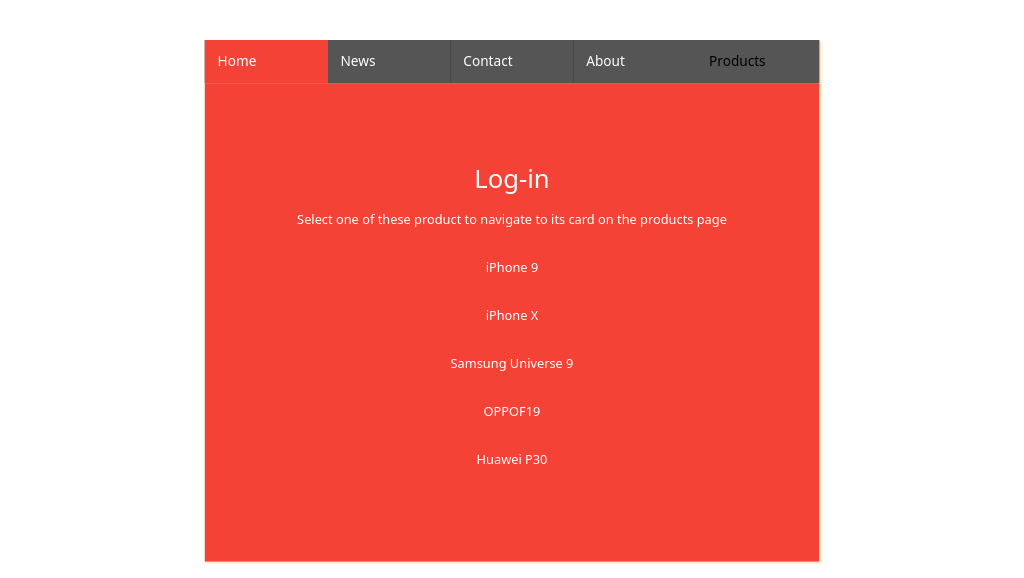
Repository: JasonMorta/basicPlus-rouets
Page: /
The author's editor kept a copy of each file at every save. The page is drawn from the files as they stood at one save, then again after the next save.
The browser window is 1280 px wide. The pictures show the whole page, at 80% of full size.
Some web fonts or font styles are not loaded; a fallback is used. The project was rebuilt for these pictures with package versions that can differ from the ones it lists, and the page was loaded fresh each time. Also part of the build but not shown: src/pages/news.css, src/pages/News.jsx, src/pages/About.jsx, src/pages/Hooks/UseRefHook.jsx, src/pages/Contact.jsx, src/pages/List.jsx, src/pages/ProductPreview.jsx, src/pages/Products.jsx.

Above is the page before, as saved 2023-04-01 19:27:54.

### src/index.js
import React from 'react';
import ReactDOM from 'react-dom/client';
import './index.css';
import 'bootstrap/dist/css/bootstrap.min.css';
import App from './App';

// import { BrowserRouter } from 'react-router-dom'
import reportWebVitals from './reportWebVitals';

const root = ReactDOM.createRoot(document.getElementById('root'));
root.render(

  <React.StrictMode>
    <App />
  </React.StrictMode>

);

// If you want to start measuring performance in your app, pass a function
// to log results (for example: reportWebVitals(console.log))
// or send to an analytics endpoint. Learn more: https://bit.ly/CRA-vitals
reportWebVitals();

### src/App.jsx

import './App.css';
import { BrowserRouter, Routes, Route } from 'react-router-dom';
import React, { Component, createContext, useState } from 'react'
import Nav from './components/Nav';
import Home from './pages/Home';
import News from './pages/News';
import About from './pages/About';
import Contact from './pages/Contact';
import List from './pages/List';
import Products from './pages/Products';
import ProductPreview from './pages/ProductPreview';

//create context hook
//This hook allow any nested children to share and alter data with the use of props.
export const StateContext = createContext()

export default function App() {

  const [state, setState] = useState("#f44336");

  return (
    <BrowserRouter>
      <StateContext.Provider value={[state, setState]} className="App">
        <div className="routes">
          <Nav />
          <Routes>
            <Route index path="/" element={<Home />} />
            <Route path="/List" element={<List />} />
            <Route path="/Contact" element={<Contact />} />
            <Route path="/About" element={<About />} />
            <Route path="/products" element={<Products />}>
            <Route path=":id" element={<ProductPreview />}/>
            </Route>
            <Route path="/news" element={<News />} />
          </Routes>
        </div>
        <div className="orig-link"></div>
      </StateContext.Provider>
    </BrowserRouter>
  );
}

### src/App.css
@import url('https://fonts.googleapis.com/css2?family=Assistant:wght@400;500&family=Barlow:wght@400;500&family=DM+Mono:wght@300;400;500&family=Handlee&family=IBM+Plex+Mono:wght@400;500&family=Inconsolata:wght@400;500&family=Kanit:wght@200;300;400;500&family=Karla:wght@300;400;500&family=Patrick+Hand&family=Raleway:wght@300;400;500&family=Red+Hat+Mono:wght@300;400;500&family=Roboto+Condensed:wght@300;400;700&family=Roboto+Mono:wght@300;400;500&family=Roboto+Slab:wght@300;400;500&family=Roboto:wght@300;400&family=Source+Code+Pro:wght@300;400;500&family=Space+Mono:wght@400;700&family=Titillium+Web:wght@200;300;400;600&family=Ubuntu+Mono:wght@400;700&family=Varela&family=Varela+Round&display=swap');

/*
Custom Fonts
========
font-family: 'Assistant', sans-serif;
font-family: 'Barlow', sans-serif;
font-family: 'DM Mono', monospace;
font-family: 'Handlee', cursive;
font-family: 'IBM Plex Mono', monospace;
font-family: 'Inconsolata', monospace;
font-family: 'Kanit', sans-serif;
font-family: 'Karla', sans-serif;
font-family: 'Patrick Hand', cursive;
font-family: 'Raleway', sans-serif;
font-family: 'Red Hat Mono', monospace;
font-family: 'Roboto', sans-serif;
font-family: 'Roboto Condensed', sans-serif;
font-family: 'Roboto Mono', monospace;
font-family: 'Roboto Slab', serif;
font-family: 'Source Code Pro', monospace;
font-family: 'Space Mono', monospace;
font-family: 'Titillium Web', sans-serif;
font-family: 'Ubuntu Mono', monospace;
font-family: 'Varela', sans-serif;
font-family: 'Varela Round', sans-serif;

*/

.App {
  text-align: center;
  background-color: #282c34;
  min-height: 100vh;
  display: flex;
  flex-direction: column;
  flex-wrap: nowrap;
  align-items: center;
  font-family: 'Roboto Condensed', sans-serif;

}

.orig-link a {
  text-decoration: none;
  color: #ff9800;
}
.orig-link {
  margin: 1.25rem;
}


.App-header {
  background-color: #282c34;
  min-width: 18.75rem;
  display: flex;

  flex-direction: row;
  justify-content: center;
  font-size: calc(0.625rem + 2vmin);
  color: white;
  align-items: flex-start;
  width: 100%;
}


/* Style tab links */
.tablink {
  background-color: #555;
  color: #ffc107;
  float: left;
  border: none;
  outline: none;
  cursor: pointer;
  padding: 0.875rem 1rem;
  font-size: 1.0625rem;
  width: 25%;
  text-decoration: none;
}

.tablink:hover {
  background-color: #777;
}

/* Style the tab content (and add height:100% for full page content) */
.tabcontent {
  color: white;
  padding: 6.25rem 0rem;
  width: 100%;
  height: 100%;
  min-width: 18.75rem;

}

.inner-content {
  padding: 0rem 3.125rem;
  display: flex;
  flex-direction: column;
  align-items: center;
  gap: 20px;
}

.inner-content h3{
  font-size: xx-large;
  margin: 0;
}

.routes{
  display: flex;
  flex-direction: column;
  align-items: center;
  width: 60vw;
  margin: auto;
  background-color: azure;
  margin-top: 3.125rem;
  box-shadow: 0.125rem 0.125rem 0.1875rem 0rem #ff980066;
}

### src/components/Nav.jsx
import React from "react";
import { Link, useLocation } from "react-router-dom";

export default function Nav() {
  const location = useLocation();



   //set the default state color to red which is equal to home page color.
  const [state, setState] = React.useState({
    home: "#f44336",
    news: "#4caf50",
    contact: "#2196f3",
    about: "#ff5722",
    active: "",
    location : window.location.pathname
  });
  const [color, setColor] = React.useState("white")


   function handleNavToNews(params) {

    setState(prev => ({...prev, active:"#4caf50", location: "/News" }))
    location.pathname = "/News"
    console.log('currentPath = Path"', location.pathname)



  }

 // Set the tab color to even when a nested link pathname is entered
  return (
    <header className="App-header">
      {/* Home will be the default/home page */}
      <Link
        to="/"
        className="tablink"
        onClick={() => setState(prev => ({...prev, active:"#f44336", location: "/" }))}
        style={{
          backgroundColor: state.location === "/" ? "#f44336" : "",
          color: state.home === "#f44336" ? color: "#ffc107"}}>
        Home
      </Link>

      <Link
        to="/News"
        className="tablink"
        onClick={handleNavToNews}
        style={{
          backgroundColor: state.location === "/News" ? "#4caf50" : "",
          color: state.news === "#4caf50" ? color: "#ffc107" }}>
        News
      </Link>

      <Link
        to="/Contact"
        className="tablink"
        onClick={() => setState(prev => ({...prev, active:"#2196f3", location: "/Contact" }))}
        style={{
          backgroundColor: state.location === "/Contact" ? "#2196f3" : "",
          color: state.contact === "#2196f3" ? color: "#ffc107" }}>
        Contact
      </Link>

      <Link
        to="/About"
        className="tablink"
        onClick={() => setState(prev => ({...prev, active:"#ff5722", location: "/About" }))}
        style={{
          backgroundColor: state.location === "/About" ? "#ff5722": "",
          color: state.about === "#ff5722" ? color: "#ffc107" }}>
        About
      </Link>

      <Link
        to="/products"
        className="tablink"
        onClick={() => setState(prev => ({...prev, active:"#FFE082", location: "/products" }))}
        style={{
          backgroundColor: state.location === "/products" ? "#FFE082": "",
          color: state.about === "#FFE082" ? color: "black" }}>
        Products
      </Link>
    </header>
  );
}

### src/pages/Home.jsx
import React from "react";
import { useNavigate } from "react-router-dom";
import {products} from "../AllProducts"

export default function Home() {
const nav = useNavigate()


  return (
    <div style={{ backgroundColor: "#f44336" }}  className="tabcontent">
      <div className="inner-content">
         <h3>Log-in</h3>
         <p>Select one of these product to navigate to its card on the products page</p>
         {products.map((item, i)=>(
          <p onClick={()=> nav(`/products`, {state: {item: item}})} key={i}>{item.title}</p>
         ))}
      </div>
    </div>
  );
}

### src/AllProducts.js
export const products = [
    {
        "id": 1,
        "title": "iPhone 9",
        "description": "An apple mobile which is nothing like apple",
        "price": 549,
        "discountPercentage": 12.96,
        "rating": 4.69,
        "stock": 94,
        "brand": "Apple",
        "category": "smartphones",
        "thumbnail": "https://i.dummyjson.com/data/products/1/thumbnail.jpg",
        "images": [
            "https://i.dummyjson.com/data/products/1/1.jpg",
            "https://i.dummyjson.com/data/products/1/2.jpg",
            "https://i.dummyjson.com/data/products/1/3.jpg",
            "https://i.dummyjson.com/data/products/1/4.jpg",
            "https://i.dummyjson.com/data/products/1/thumbnail.jpg"
        ]
    },
    {
        "id": 2,
        "title": "iPhone X",
        "description": "SIM-Free, Model A19211 6.5-inch Super Retina HD display with OLED technology A12 Bionic chip with ...",
        "price": 899,
        "discountPercentage": 17.94,
        "rating": 4.44,
        "stock": 34,
        "brand": "Apple",
        "category": "smartphones",
        "thumbnail": "https://i.dummyjson.com/data/products/2/thumbnail.jpg",
        "images": [
            "https://i.dummyjson.com/data/products/2/1.jpg",
            "https://i.dummyjson.com/data/products/2/2.jpg",
            "https://i.dummyjson.com/data/products/2/3.jpg",
            "https://i.dummyjson.com/data/products/2/thumbnail.jpg"
        ]
    },
    {
        "id": 3,
        "title": "Samsung Universe 9",
        "description": "Samsung's new variant which goes beyond Galaxy to the Universe",
        "price": 1249,
        "discountPercentage": 15.46,
        "rating": 4.09,
        "stock": 36,
        "brand": "Samsung",
        "category": "smartphones",
        "thumbnail": "https://i.dummyjson.com/data/products/3/thumbnail.jpg",
        "images": [
            "https://i.dummyjson.com/data/products/3/1.jpg"
        ]
    },
    {
        "id": 4,
        "title": "OPPOF19",
        "description": "OPPO F19 is officially announced on April 2021.",
        "price": 280,
        "discountPercentage": 17.91,
        "rating": 4.3,
        "stock": 123,
        "brand": "OPPO",
        "category": "smartphones",
        "thumbnail": "https://i.dummyjson.com/data/products/4/thumbnail.jpg",
        "images": [
            "https://i.dummyjson.com/data/products/4/1.jpg",
            "https://i.dummyjson.com/data/products/4/2.jpg",
            "https://i.dummyjson.com/data/products/4/3.jpg",
            "https://i.dummyjson.com/data/products/4/4.jpg",
            "https://i.dummyjson.com/data/products/4/thumbnail.jpg"
        ]
    },
    {
        "id": 5,
        "title": "Huawei P30",
        "description": "Huawei’s re-badged P30 Pro New Edition was officially unveiled yesterday in Germany and now the device has made its way to the UK.",
        "price": 499,
        "discountPercentage": 10.58,
        "rating": 4.09,
        "stock": 32,
        "brand": "Huawei",
        "category": "smartphones",
        "thumbnail": "https://i.dummyjson.com/data/products/5/thumbnail.jpg",
        "images": [
            "https://i.dummyjson.com/data/products/5/1.jpg",
            "https://i.dummyjson.com/data/products/5/2.jpg",
            "https://i.dummyjson.com/data/products/5/3.jpg"
        ]
    }
  ]

Loaded but not shown: public/index.html (common file); src/index.css (common file); src/reportWebVitals.js (common file)

After the next save:
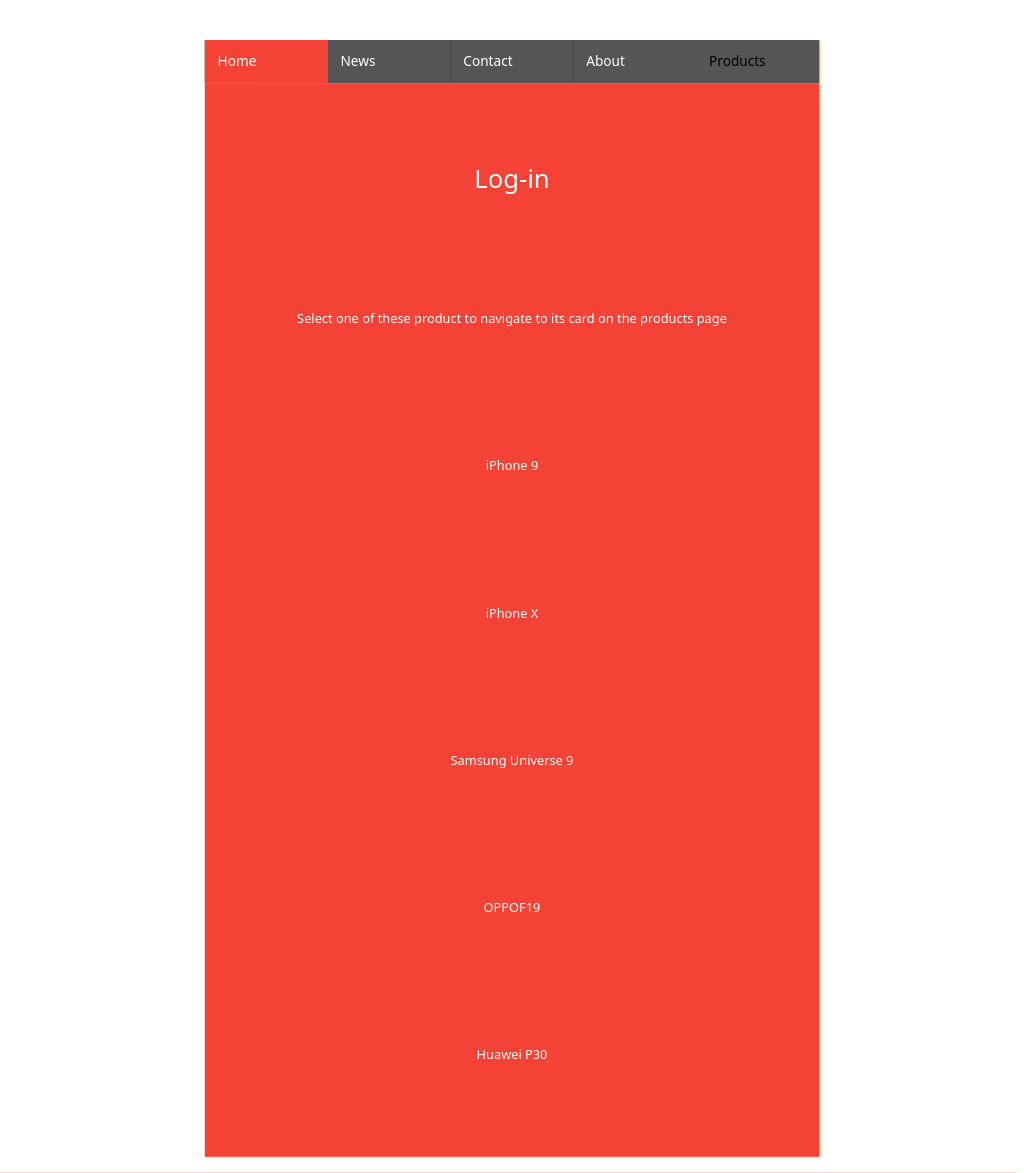
Saved 42 s later.
--- a/src/App.css
+++ b/src/App.css
@@ -95,7 +95,7 @@
   display: flex;
   flex-direction: column;
   align-items: center;
-  gap: 20px;
+  gap: 20vh;
 }
 
 .inner-content h3{
